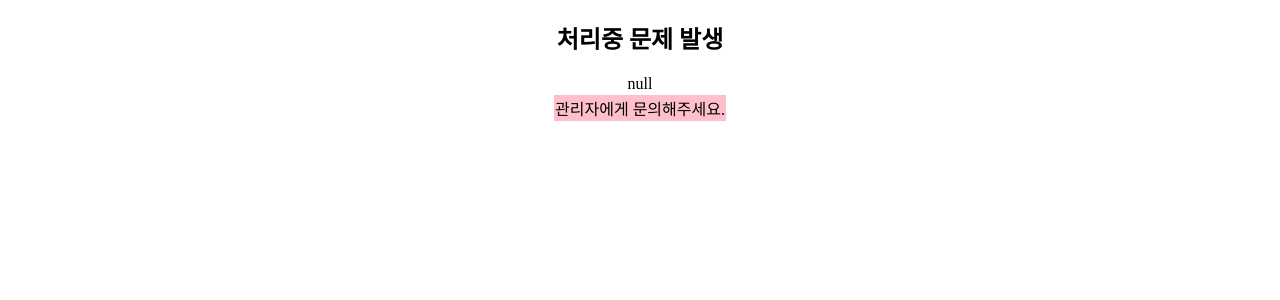
Repository: ljdongz/jsp-study
Page: http://localhost/jspbook/ch04/error.jsp
These files come from the project's save history. The page is drawn as it stood at one moment and after a run of saves; the edit follows.
The browser window is 1280 px wide. The pictures show the whole page.
The page is served by Tomcat 9.

Above is the page before, as saved 2022-09-28 01:11:35.

After the next 2 saves:
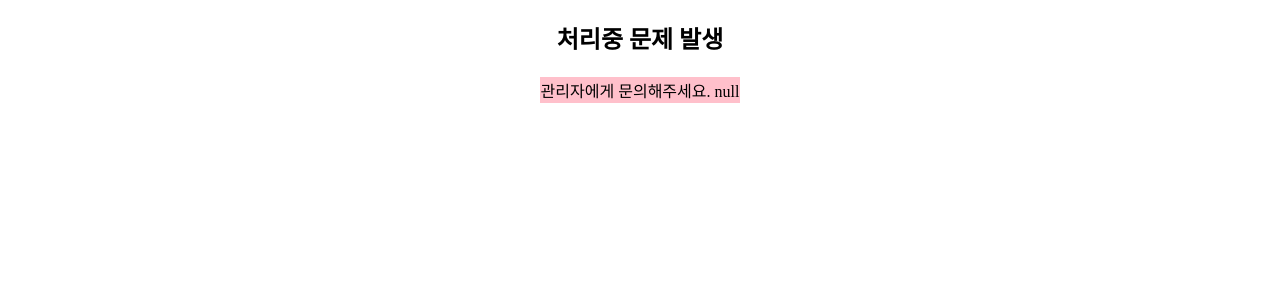
The 2 saves are shown as one change because 1 did not build or start.
The last was saved 55 s later.
--- a/jspbook/src/main/webapp/ch04/error.jsp
+++ b/jspbook/src/main/webapp/ch04/error.jsp
@@ -13,8 +13,8 @@
 			<tr bgcolor="pink">
 				<td>
 				관리자에게 문의해주세요.
+				<%= exception %>
 				</td>
-				<%= exception %>
 			</tr>
 		</table>
 	</div>
